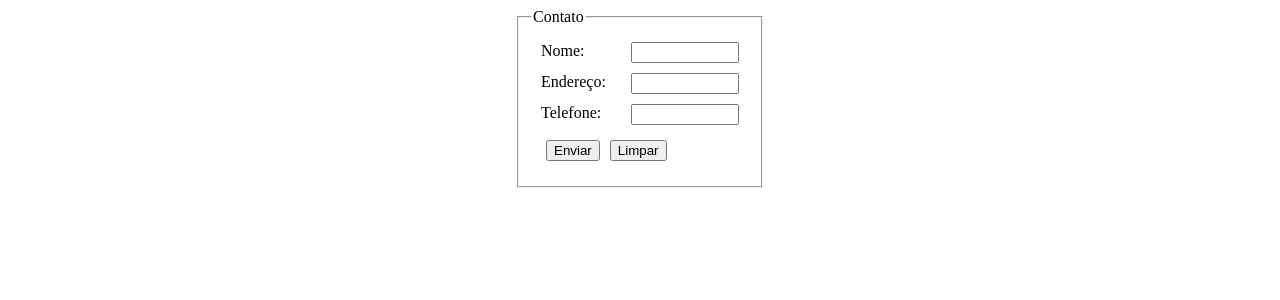
Repository: daniloserafim/trilha-backend-senai
Page: exemploServlet/WebContent/contato.html
The author's editor kept a copy of each file at every save. The page is drawn from the files as they stood at one save, then again after the next save.
The browser window is 1280 px wide. The pictures show the whole page.

Above is the page before, as saved 2022-05-31 23:55:19.

### exemploServlet/WebContent/contato.html
<!DOCTYPE html>
<html>
<head>
<meta charset="ISO-8859-1">
<title>Insert title here</title>
<link rel="stylesheet" type="text/css" href="style.css">
</head>
<body>
	<form class="form" action="insereContato">
		<fieldset>
			<legend>Contato</legend>
			<div class="form-box">
				<div class="nome-box item-box">
					<div class="nome-title title-box">
						<label>Nome:</label>
					</div>
					<div class="nome-input input-box">
						<input type="text" name="nome" required>
					</div>
				</div>
				<div class="endereco-box item-box">
					<div class="endereco-title title-box">
						<label>Endereço:</label>
					</div>
					<div class="endereco-input input-box">
						<input required>
					</div>
				</div>
				<div class="telefone-box item-box">
					<div class="telefone-title title-box">
						<label>Telefone:</label>
					</div>
					<div class="telefone-input input-box">
						<input required>
					</div>
				</div>
				<div class="buttons-box">
					<div class="enviar-button-box button-box">
						<button class="enviar-button">
							Enviar
						</button>
					</div>
					<div class="limpar-button-box button-box">
						<button class="limpar-button">
							Limpar
						</button>
					</div>
				</div>
			</div>
		</fieldset>
	</form>
</body>
</html>

### exemploServlet/WebContent/style.css
@charset "ISO-8859-1";


body {
	display: flex;
	justify-content: center;
	align-items: center;
}

.form {
	width: 250px;
}

input {
	width: 100px;
}

.item-box {
	display: flex;
	flex-direction: row;
	margin: 10px;
	justify-content: space-between;
}

.title-box {
	margin-right: 10px;
}

.buttons-box {
	display: flex;
	flex-direction: row;
	margin: 10px;
	justify-content: start;
}

.button-box {
	margin: 5px;
}

After the next save:
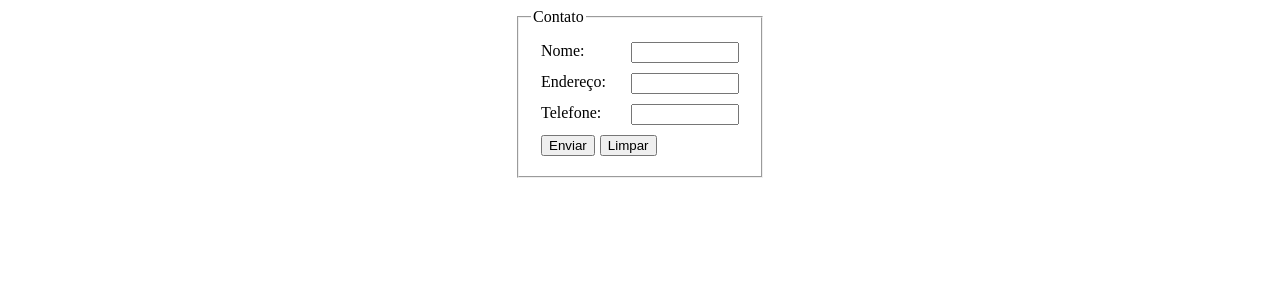
Saved 12 s later.
--- a/exemploServlet/WebContent/style.css
+++ b/exemploServlet/WebContent/style.css
@@ -34,5 +34,5 @@ input {
 }
 
 .button-box {
-	margin: 5px;
+	margin-right: 5px;
 }
